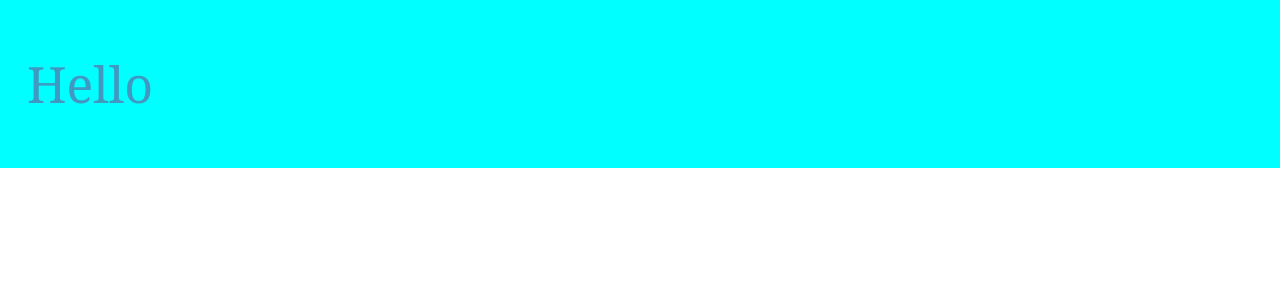
Repository: stephen-anaba/flight-reservation-system-prototype
Page: / (app in frontend/)
These files come from the project's save history. The page is drawn as it stood at one moment and after the next save; the edit follows.
The browser window is 1280 px wide. The pictures show the whole page.
The project was rebuilt for these pictures with package versions that can differ from the ones it lists, and the page was loaded fresh each time.

Above is the page before, as saved 2026-05-08 11:09:12.

After the next save:
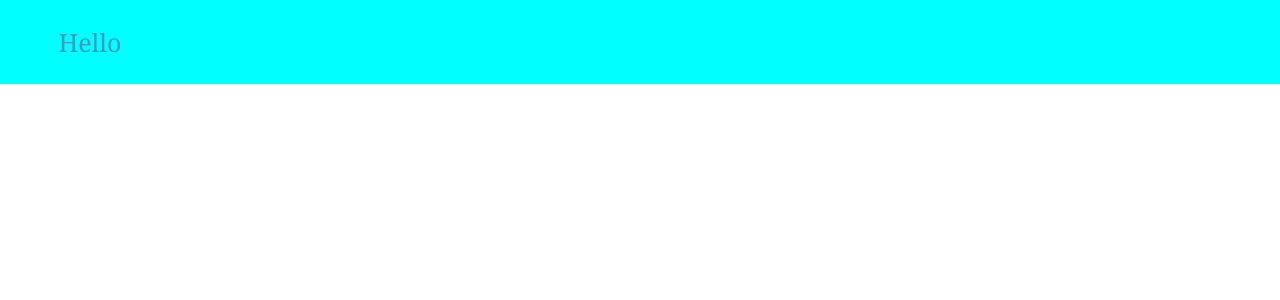
Saved 7 s later.
--- a/frontend/src/components/styles.css
+++ b/frontend/src/components/styles.css
@@ -8,7 +8,7 @@ body {
     justify-content: center;
     align-items: center;
     font-family: Georgia, 'Times New Roman', Times, serif;
-    font-size: 50px;
+    font-size: 25px;
     top: 0px;
     width: 100%;
     margin: 0px;
